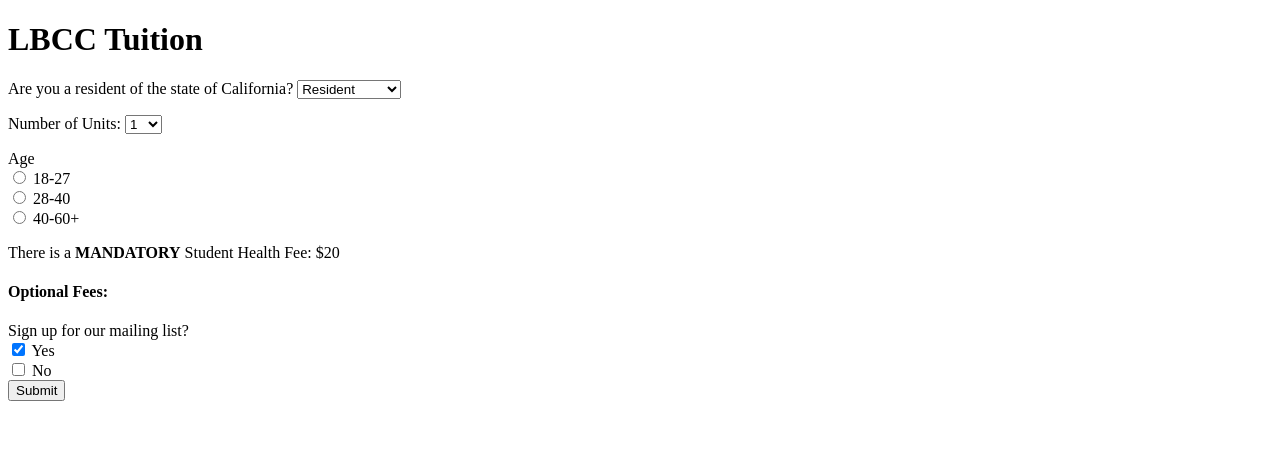
Repository: sunkim96/cosw30
Page: homework/homework3/tuition_calculator.html
The author's editor kept a record of every edit. The page is drawn from the files as they stood at one moment, then again after the next edit.
The browser window is 1280 px wide. The pictures show the whole page.

Above is the page before.

After the next edit:
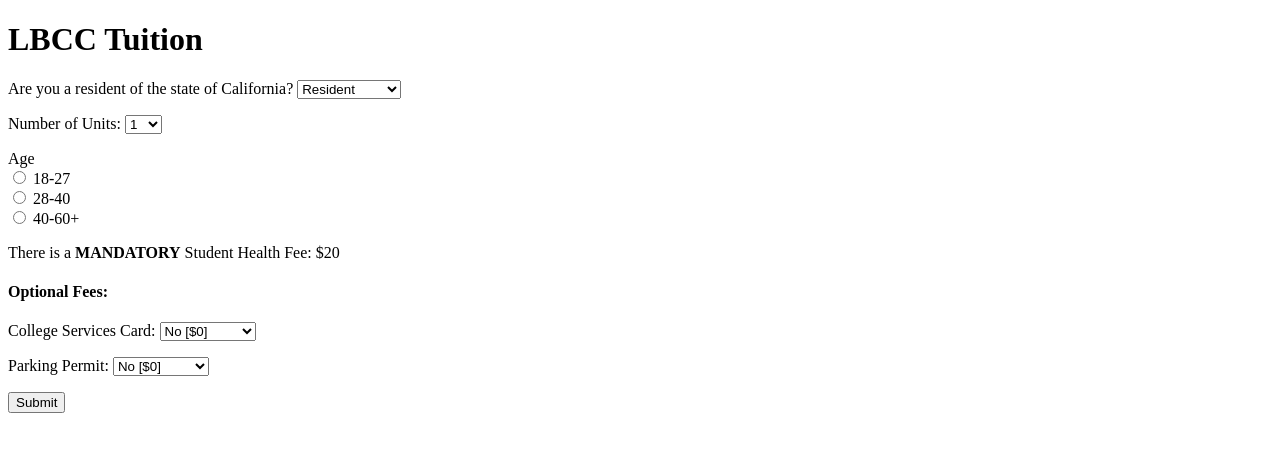
The edit:
--- a/homework/homework3/tuition_calculator.html
+++ b/homework/homework3/tuition_calculator.html
@@ -51,11 +51,17 @@
 
               <h4>Optional Fees:</h4>
 
+             <p>College Services Card: <select name="csc">
+                <option value="0">No [$0]</option>
+                <option value="20">Yes [$20.00]</option>
+                </select></p>
 
-              <!-- mailing list yes or no !-->
-             <label for="yesno">Sign up for our mailing list?</label><br>
-              <input type="checkbox" name="yes" value="yes" checked> Yes<br>
-              <input type="checkbox" name="no" value="no"> No<br>
+<p>Parking Permit: <select name="parking">
+<option value="0">No [$0]</option>
+<option value="25">Yes [$25.00]</option>
+</select></p>
+
+
 
 
             <button>Submit</button>
